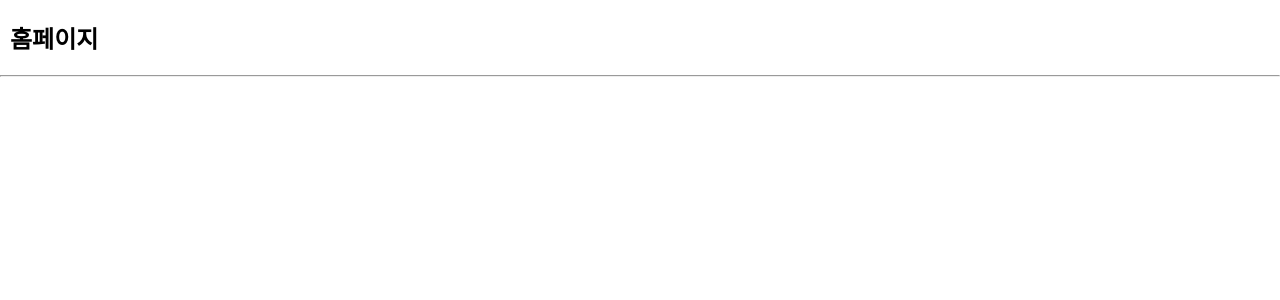
Repository: hyunh84/jsp_study
Page: http://localhost/Day07/j06_file01.jsp
The author's editor kept a copy of each file at every save. The page is drawn from the files as they stood at one save, then again after the next save.
The browser window is 1280 px wide. The pictures show the whole page.
The page is served by Tomcat 9.

Above is the page before, as saved 2015-10-10 03:14:00.

After the next save:
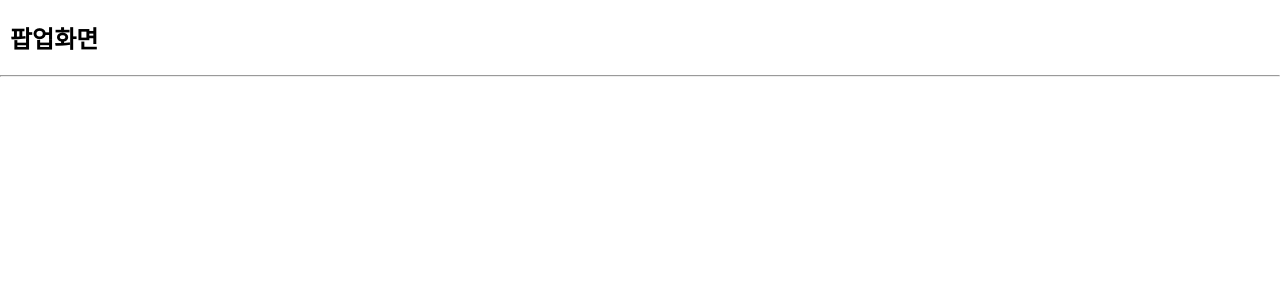
Saved 50 s later.
--- a/MyWorks/Day07/WebContent/j06_file01.jsp
+++ b/MyWorks/Day07/WebContent/j06_file01.jsp
@@ -16,12 +16,8 @@
 </style>
 </head>
 <body>
-	<h2>홈페이지</h2>
+	<h2>팝업화면</h2>
 	<hr />
-	<script type="text/javascript">
-		var url ="";
-		window.open(url, "popup", "width=300", "height=300");
-	</script>
 
 
 
